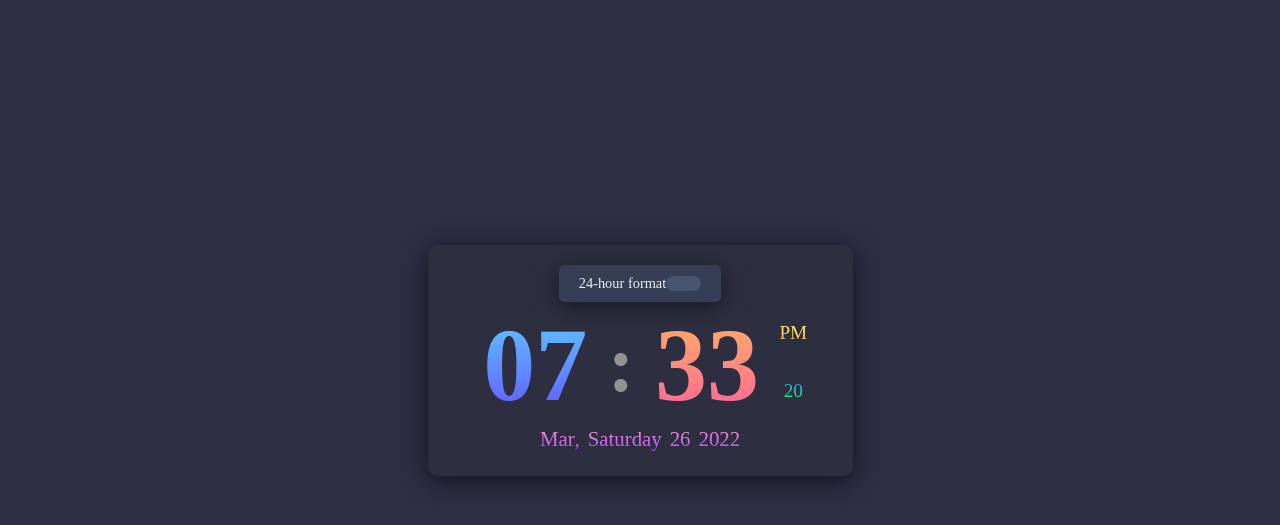
Repository: QUANGTHAI2003/digital-clock
Page: index.html
The author's editor kept a copy of each file at every save. The page is drawn from the files as they stood at one save, then again after the next save.
The browser window is 1280 px wide. The pictures show the whole page.
Some icons come from a web library that is not loaded, so they are not drawn.

Above is the page before, as saved 2022-03-26 23:28:38.
Console error: TypeError: year.addEventListener is not a function

### index.html
<!DOCTYPE html>
<html lang="en">
    <head>
        <meta charset="UTF-8" />
        <meta http-equiv="X-UA-Compatible" content="IE=edge" />
        <meta name="viewport" content="width=device-width, initial-scale=1.0" />
        <title>Digital-Clock</title>
        <link rel="stylesheet" href="style.css" />
        <link rel="stylesheet" href="https://unicons.iconscout.com/release/v4.0.0/css/line.css" />
    </head>
    <body>
        <div class="digital-clock">
            <i class="uil uil-ellipsis-v dot-menu-btn"></i>
            <ul class="dot-menu">
                <li class="menu-item">
                    <span class="clock-format-text">24-hour format</span>
                    <div class="format-switch-btn"></div>
                </li>
            </ul>
            <div class="time">
                <span class="hours">00</span>
                <span class="dots">:</span>
                <span class="minutes">00</span>
                <div class="right-side">
                    <span class="period">AN/PM</span>
                    <span class="seconds">00</span>
                </div>
            </div>
            <div class="calendar">
                <span class="month-name">Mar</span>,
                <span class="day-name">Sunday</span>
                <span class="day-number">6</span>
                <span class="year">2022</span>
            </div>
        </div>
        <script src="./app.js"></script>
    </body>
</html>

### style.css
@import url('https://fonts.googleapis.com/css2?family=Poppins:ital,wght@0,100;0,200;0,300;0,400;0,500;0,600;0,700;0,800;0,900;1,100;1,200;1,300;1,400;1,500;1,600;1,700;1,800;1,900&display=swap');

* {
    margin: 0;
    padding: 0;
    box-sizing: border-box;
    font-family: 'Poppins'sans-serif;
}

body {
    min-height: 100vh;
    display: flex;
    justify-content: center;
    align-items: center;
    background: #2e2e44;
}

.digital-clock {
    position: relative;
    color: #fff;
    background: #2d2f41;
    width: 425px;
    padding: 20px 45px;
    box-shadow: 0 5px 25px rgba(14, 21, 37, 08);
    border-radius: 10px;
    display: flex;
    justify-content: center;
    align-items: center;
    flex-direction: column;
}

.time {
    position: relative;
    display: flex;
    justify-content: center;
    align-items: center;
}

.hours,
.dots,
.minutes {
    display: flex;
    justify-content: center;
    align-items: center;
    font-weight: 600;
    padding: 0 10px;
    line-height: 125px;
}

.hours,
.minutes {
    font-size: 6.5em;
    width: 125px;
}

.dots {
    font-size: 5em;
    color: #929292;
}

.hours {
    background: -webkit-linear-gradient(90deg, #634dff, #5fd4ff);
    -webkit-text-fill-color: transparent;
    -webkit-background-clip: text;
}

.minutes {
    background: -webkit-linear-gradient(90deg, #ff5e9a, #ffb960);
    -webkit-text-fill-color: transparent;
    -webkit-background-clip: text;
}

.right-side {
    position: relative;
    display: flex;
    justify-content: center;
    align-items: center;
    flex-direction: column;
    margin-left: 10px;
}

.period,
.seconds {
    font-size: 1.2em;
    font-weight: 500;
}

.period {
    transform: translateY(-20px);
    background: -webkit-linear-gradient(90deg, #f7b63f, #faf879);
    -webkit-text-fill-color: transparent;
    -webkit-background-clip: text;
}

.seconds {
    transform: translateY(16px);
    background: -webkit-linear-gradient(90deg, #24ff6d, #2f93f1);
    -webkit-text-fill-color: transparent;
    -webkit-background-clip: text;
}

.calendar {
    display: flex;
    justify-content: center;
    align-items: center;
    font-size: 1.3em;
    font-weight: 500;
    margin-bottom: 5px;
    background: -webkit-linear-gradient(90deg, #ae4af6, #ff98d1);
    -webkit-text-fill-color: transparent;
    -webkit-background-clip: text;
}

.day-name,
.day-number,
.year {
    margin-left: 8px;
}

.dot-menu-btn {
    position: absolute;
    top: 0;
    right: 0;
    margin: 10px;
    color: #efefef;
    font-size: 1.5em;
    cursor: pointer;
}

.dot-menu {
    z-index: 999;
    list-style: none;
    background: #353e54;
    padding: 10px 20px;
    border-radius: 5px;
    box-shadow: 0 5px 25px rgba(0, 0, 0, 0.5);
}

.menu-item {
    display: flex;
    justify-content: center;
    align-items: center;
}

.clock-format-text {
    color: #efefef;
    font-size: 0.9em;
}

.format-switch-btn {
    width: 35px;
    height: 15px;
    background: #485470;
    border-radius: 75px;
    box-shadow: inset 2px 2px 4px rgba(255, 255, 255, 0.1),
        inset -2px 2px -4px rgba(0, 0, 0, 0.2);
    cursor: pointer;
}

### app.js
function clock() {
    var today = new Date();
    var hours = today.getHours();
    var minutes = today.getMinutes();
    var seconds = today.getSeconds();
    var period = "AM"

    // Set the time period(AM or PM)
    if (hours >= 12) {
        period = "PM";
    }
    // Set the 12-hour clock format
    hours = hours > 12 ? hours % 12 : hours

    // Add the 0 for the values of lower than 10
    if (hours < 10) {
        hours = "0" + hours;
    }
    if (minutes < 10) {
        minutes = "0" + minutes;
    }
    if (seconds < 10) {
        seconds = "0" + seconds;
    }

    document.querySelector(".hours").innerHTML = hours;
    document.querySelector(".minutes").innerHTML = minutes;
    document.querySelector(".seconds").innerHTML = seconds;
    document.querySelector(".period").innerHTML = period;
}

var updateClock = setInterval(clock, 1000);

// Get the date in javascript
var today = new Date();
const dayNumber = today.getDate();
const year = today.getFullYear();
const dayName = today.toLocaleString('default', { weekday: 'long' });
const monthName = today.toLocaleString('default', { month: 'short' });

document.querySelector(".month-name").innerHTML = monthName;
document.querySelector(".day-name").innerHTML = dayName;
document.querySelector(".day-number").innerHTML = dayNumber;
document.querySelector(".year").innerHTML = year;

year.addEventListener("click", function () {
    alert("The year is " + year);
});

After the next save:
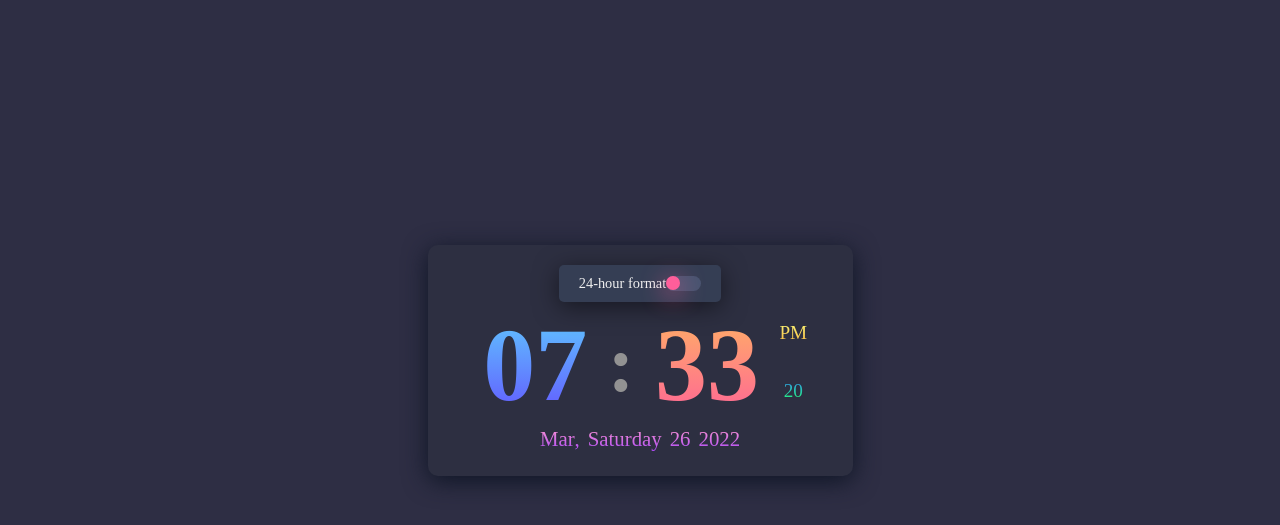
Saved 101 s later.
--- a/style.css
+++ b/style.css
@@ -156,3 +156,13 @@ body {
         inset -2px 2px -4px rgba(0, 0, 0, 0.2);
     cursor: pointer;
 }
+
+.format-switch-btn::before {
+    content: "";
+    position: absolute;
+    width: 14px;
+    height: 14px;
+    background: #ff5e9a;
+    border-radius: 50%;
+    box-shadow: 0 5px 25px #ff5e9a;
+}
